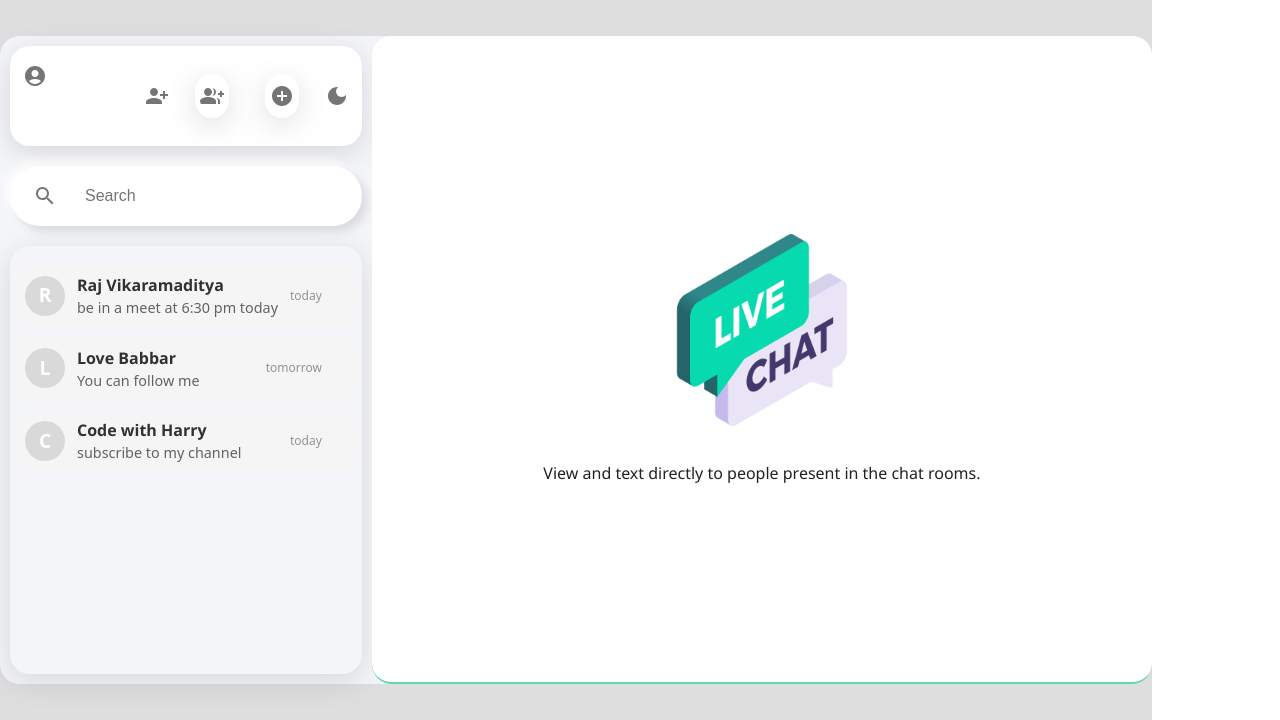
Repository: rahul-chakradhari/chat_app
Page: /app/welcome
These files come from the project's save history. The page is drawn as it stood at one moment and after the next save; the edit follows.
The browser window is 1280 px wide. The pictures show the whole page.
The project was rebuilt for these pictures with package versions that can differ from the ones it lists, and the page was loaded fresh each time. Also part of the build but not shown: vite.config.js, src/components/Login.jsx, src/components/Messagebyme.jsx, src/components/Messagebyothers.jsx, src/components/Chatarea.jsx, src/components/Creategroups.jsx, src/components/Users.jsx, src/components/Groups.jsx.

Above is the page before, as saved 2025-03-02 14:33:44.

After the next save:
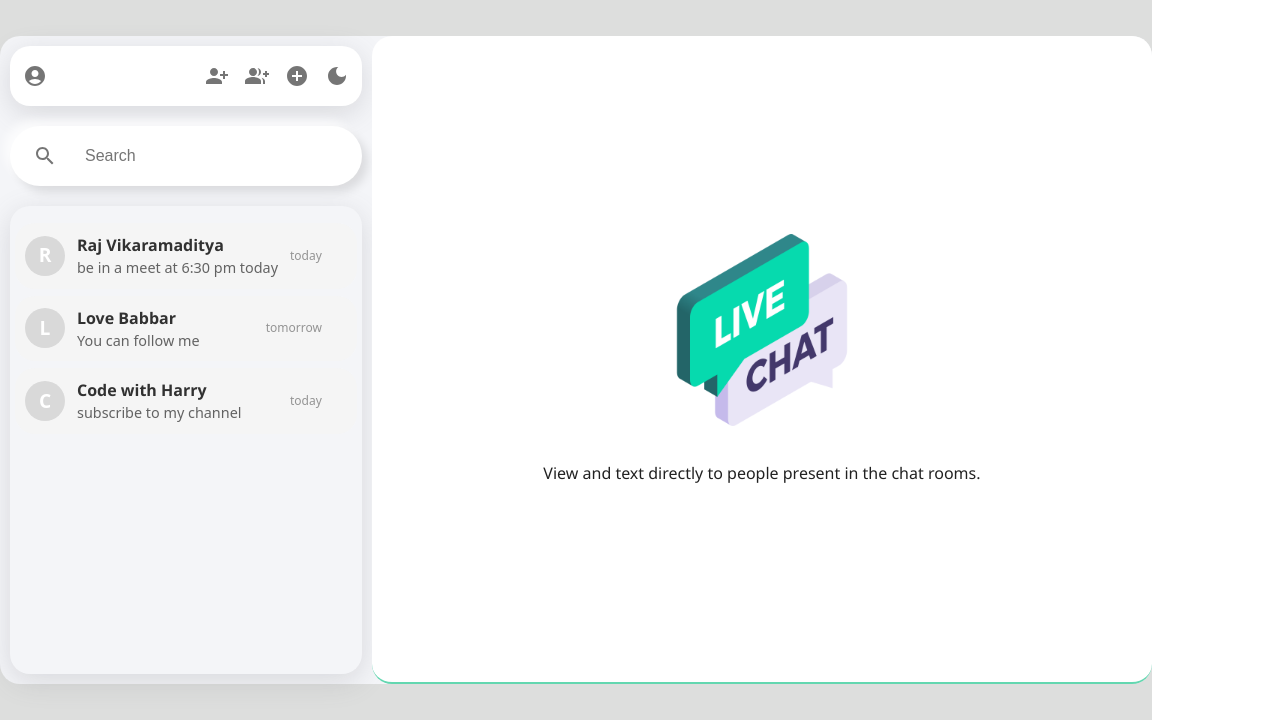
Saved 18 s later.
--- a/src/components/Sidebar.jsx
+++ b/src/components/Sidebar.jsx
@@ -52,7 +52,6 @@ const Sidebar = () => {
           </IconButton>
           <IconButton>
             <GroupAddIcon
-              className={"headers " + (lighttheme ? "" : "dark")}
               onClick={() => {
                 navigate("groups");
               }}
@@ -60,7 +59,6 @@ const Sidebar = () => {
           </IconButton>
           <IconButton>
             <AddCircleIcon
-              className={"headers " + (lighttheme ? "" : "dark")}
               onClick={() => {
                 navigate("creategroups");
               }}
